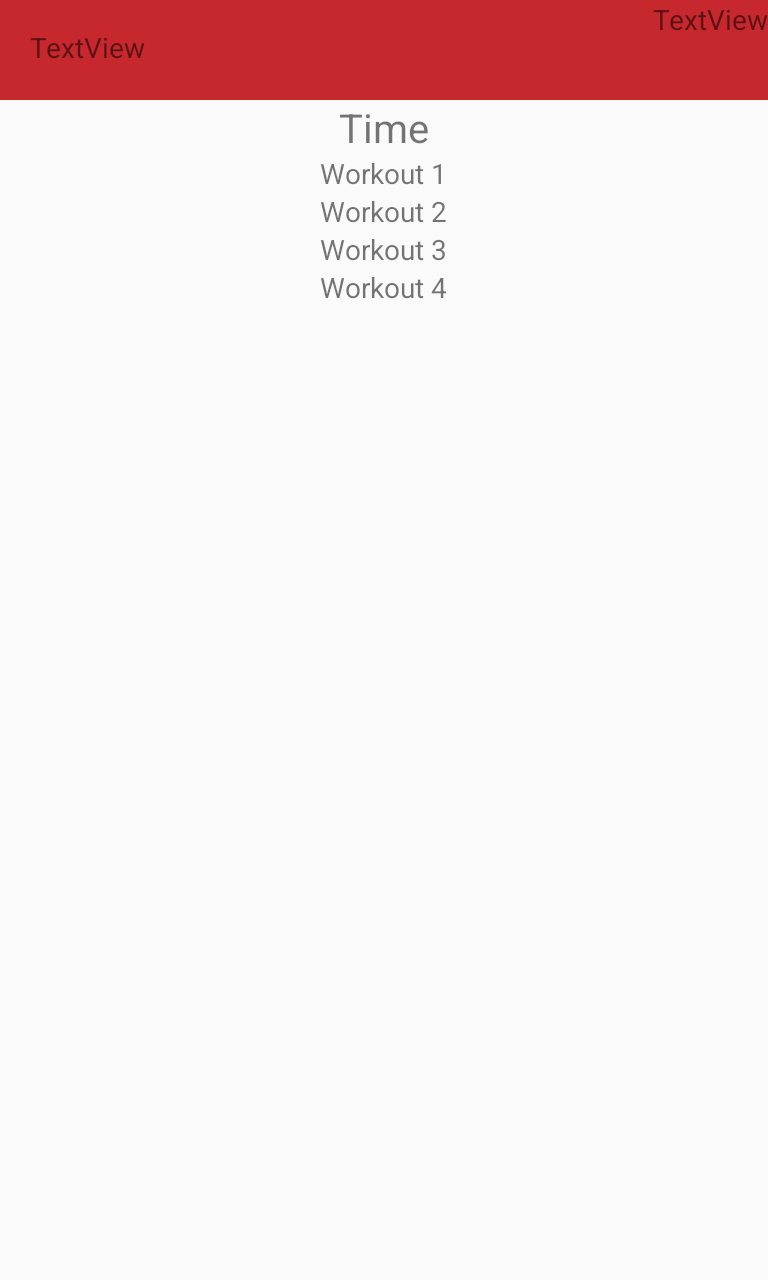
Repository: hackathon-2014/devdroid-repo
Layout: HealthyCompetition/res/layout/battlefield_layout.xml
The author's editor kept a copy of each file at every save. The layout is drawn from the files as they stood at one save, then again after the next save.
It is drawn on a 768 x 1280 px phone screen (xhdpi) without system bars, with theme AppTheme; the app's code is not run.

Above is the layout before, as saved 2014-08-23 18:54:39.

After the next save:
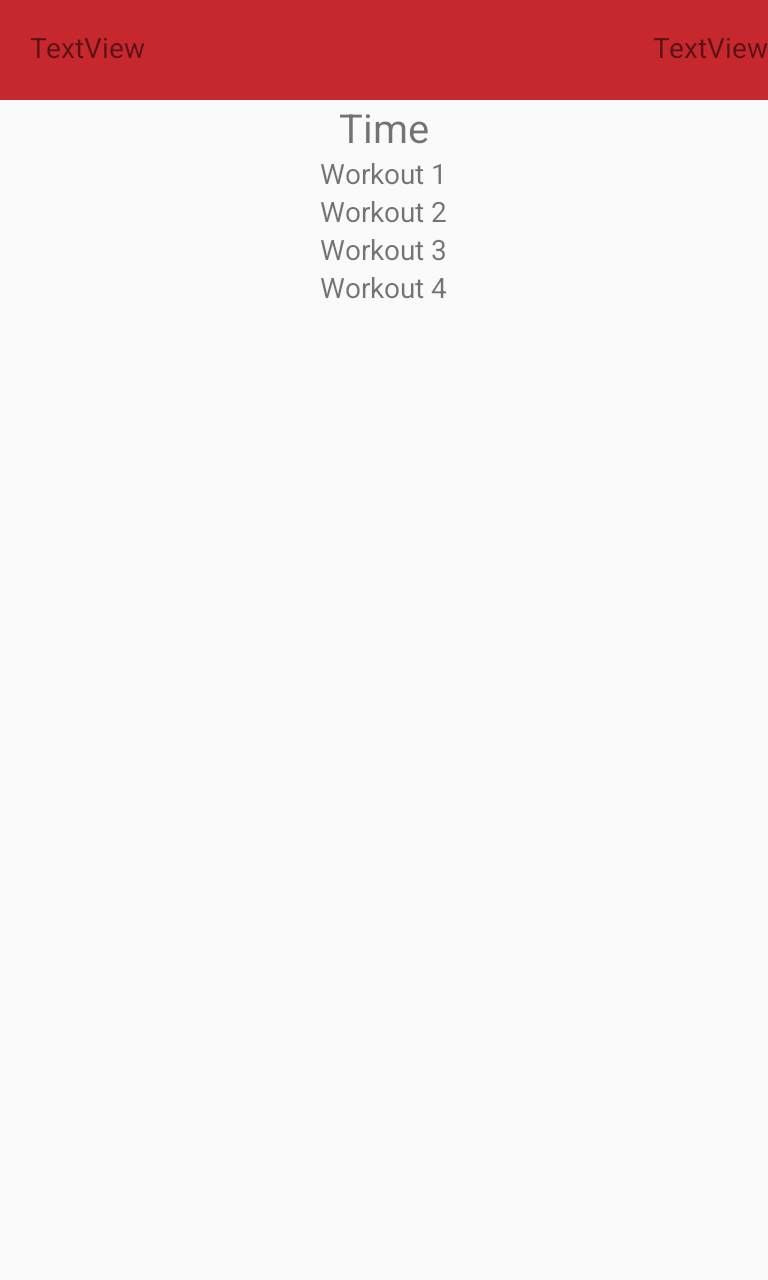
Saved 31 s later.
--- a/HealthyCompetition/res/layout/battlefield_layout.xml
+++ b/HealthyCompetition/res/layout/battlefield_layout.xml
@@ -38,8 +38,8 @@
             android:id="@+id/player_two_name"
             android:layout_width="wrap_content"
             android:layout_height="wrap_content"
-            android:layout_alignBaseline="@+id/textView1"
-            android:layout_alignBottom="@+id/textView1"
+            android:layout_alignBaseline="@+id/player_one_name"
+            android:layout_alignBottom="@+id/player_one_name"
             android:layout_alignParentRight="true"
             android:text="TextView" />
 
